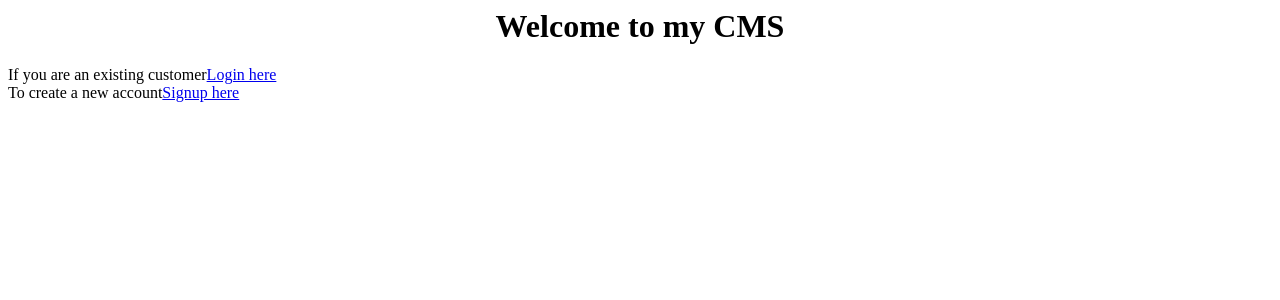
Repository: Rama-13/LaunchPadAllFiles
Page: java-workspace/FirstWebProject/WebContent/Welcome.html
These files come from the project's save history. The page is drawn as it stood at one moment and after a run of saves; the edit follows.
The browser window is 1280 px wide. The pictures show the whole page.

Above is the page before, as saved 2019-07-29 04:12:41.

After the next 2 saves:
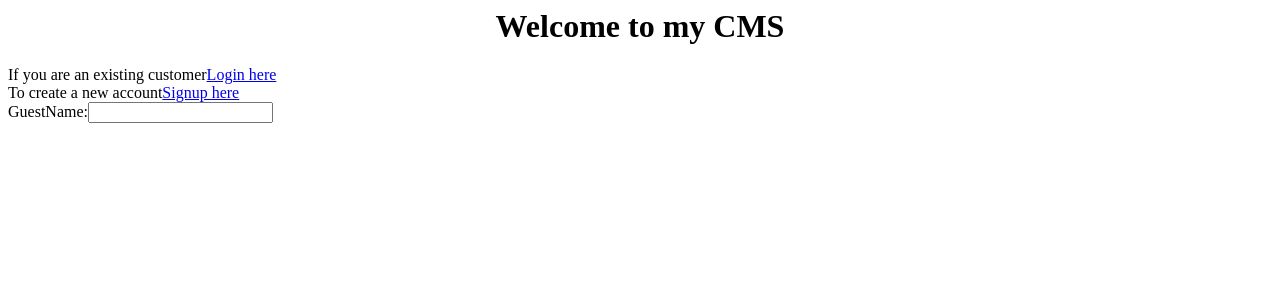
The 2 saves are shown as one change because 1 did not build or start.
The last was saved 18 min 28 s later.
--- a/java-workspace/FirstWebProject/WebContent/Welcome.html
+++ b/java-workspace/FirstWebProject/WebContent/Welcome.html
@@ -2,4 +2,8 @@
     <h1 align = "center">Welcome to my CMS</h1>
     If you are an existing customer<a href = "Login1.html">Login here</a></br>
     To create a new account<a href = "CustomerDetails.html">Signup here</a>
+    <form action = "ValidServlet">
+
+    GuestName:<input type ="text" name = "guestName"></input>
+    </form>
 </html>
